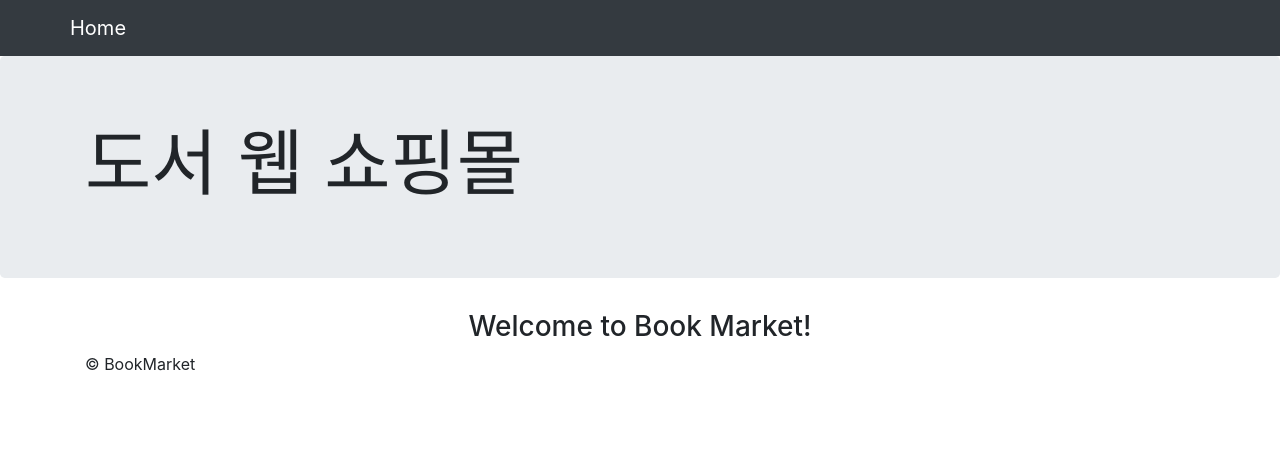
Repository: CheolHo-0428/JSP-Web-Programming
Page: http://localhost/BookMarket/welcome.jsp
The author's editor kept a copy of each file at every save. The page is drawn from the files as they stood at one save, then again after the next save.
The browser window is 1280 px wide. The pictures show the whole page.
The page is served by Tomcat 9.

Above is the page before, as saved 2021-05-08 07:32:06.

After the next save:
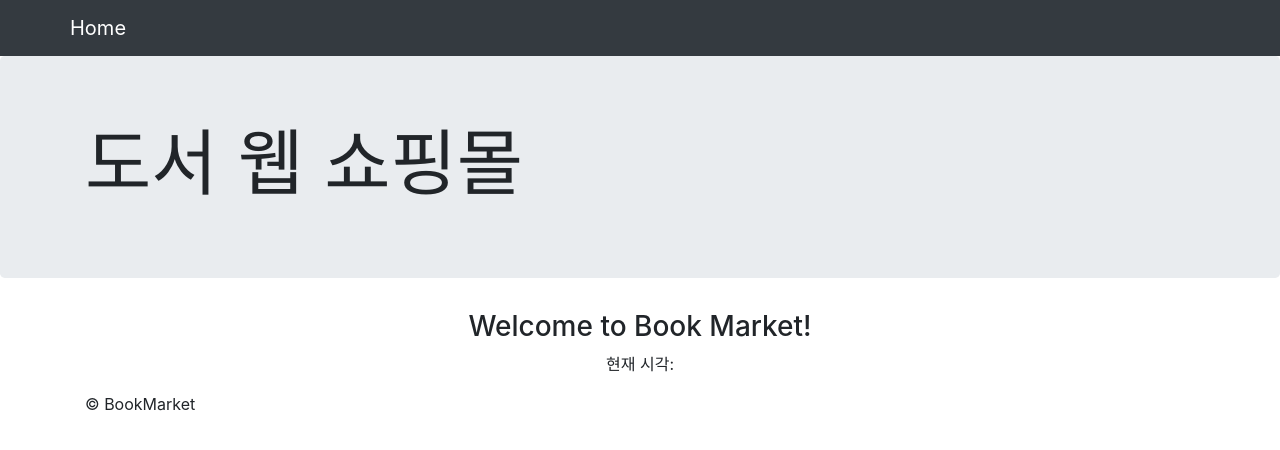
Saved 3 min 43 s later.
--- a/BookMarket/src/main/webapp/footer.jsp
+++ b/BookMarket/src/main/webapp/footer.jsp
@@ -1,5 +1,6 @@
 <%@ page language="java" contentType="text/html; charset=UTF-8"
     pageEncoding="UTF-8"%>
+<%@ page import="java.util.Date" %>
 <!DOCTYPE html>
 <html>
 <head>
@@ -7,11 +8,22 @@
 <title>Insert title here</title>
 </head>
 <body>
+	<%
+		Date day = new Date();
+		String am_pm;
+		int hour = day.getHours();
+		int minute = day.getMinutes();
+		int second = day.getSeconds();
+	%>
+
 	<div class = "container">
 		<div class = "text-center">
 			<h3><%= tagline %></h3>
+			<p>현재 시각:</p>
 		</div>
 	</div>
+
+
 	<footer class = "container">
 		<p>&copy; BookMarket</p>
 	</footer>
